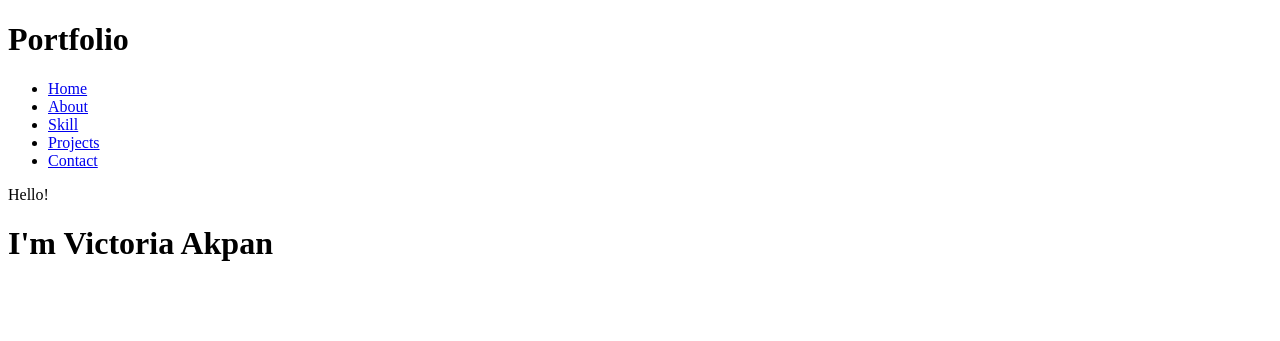
Repository: VickyJacob23/SheCode
Page: firstCode/firstProject.html
These files come from the project's save history. The page is drawn as it stood at one moment and after the next save; the edit follows.
The browser window is 1280 px wide. The pictures show the whole page.

Above is the page before, as saved 2024-08-30 13:08:41.

After the next save:
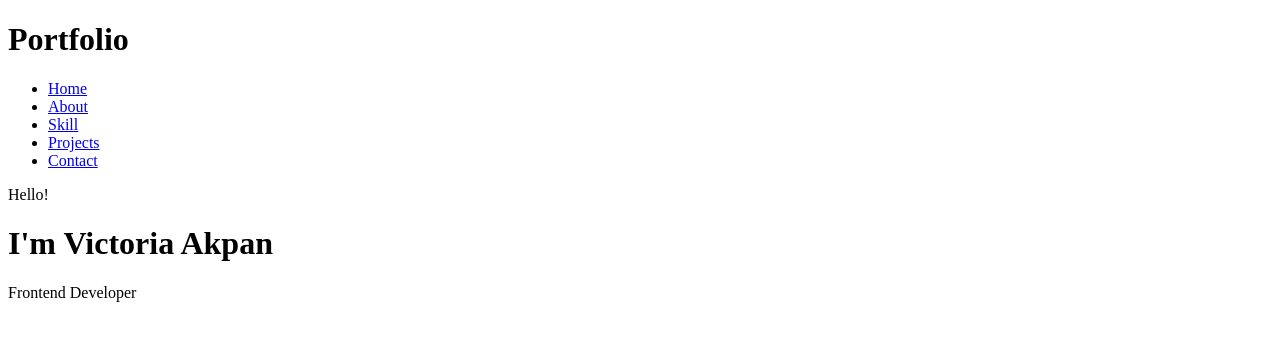
Saved 24 s later.
--- a/firstCode/firstProject.html
+++ b/firstCode/firstProject.html
@@ -22,6 +22,7 @@
       <div class="left">
         <p>Hello!</p>
         <h1>I'm Victoria Akpan</h1>
+        <p>Frontend Developer</p>
       </div>
       <div class="right"></div>
     </main>
